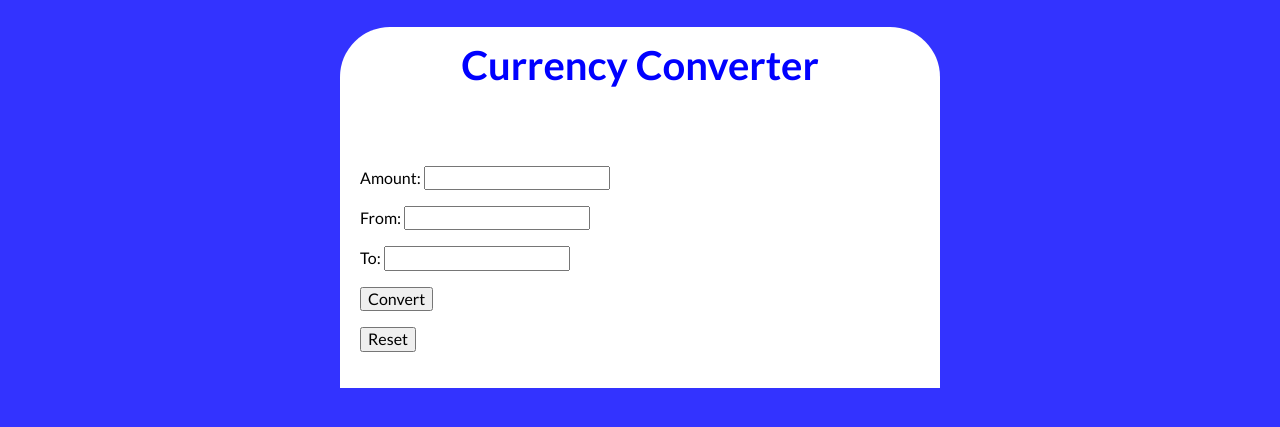
Repository: kkasperczyk/currency-converter
Page: index.html
An editor plug-in stored every save of this project. The page is shown before and after the next save, followed by the edit.
The browser window is 1280 px wide. The pictures show the whole page.

Above is the page before, as saved 2020-06-15 22:28:49.

### index.html
<!DOCTYPE html>
<html lang="en">

<head>
    <meta charset="UTF-8">
    <meta name="viewport" content="width=device-width, initial-scale=1.0">
    <link rel="stylesheet" href="https://cdnjs.cloudflare.com/ajax/libs/normalize/8.0.1/normalize.min.css"
        integrity="sha256-l85OmPOjvil/SOvVt3HnSSjzF1TUMyT9eV0c2BzEGzU=" crossorigin="anonymous" />
    <link rel="stylesheet" href="css/global.css">
    <link rel="stylesheet" href="css/container.css">
    <link rel="stylesheet" href="css/header.css">
    <link rel="stylesheet" href="css/main.css">
    <script defer src="js/script.js"></script>
    <link href="https://fonts.googleapis.com/css2?family=Lato:ital,wght@0,400;0,700;1,400&display=swap"
        rel="stylesheet">
    <title>Currency Converter</title>
</head>

<body>
    <div class="container">
        <header class="header">
            <h1 class="header__title">Currency Converter</h1>
        </header>
        <main class="main">
            <form class="form">
                <p>
                    <label>
                        Amount:
                        <input type="number" name="amount">
                    </label>
                </p>
                <p>
                    <label>
                        From:
                        <input type="number" name="from-currency">
                    </label>
                </p>
                <p>
                    <label>
                        To:
                        <input type="number" name="to-currency">
                    </label>
                </p>
                <p>
                    <button class="form__convertButton" type="submit">Convert</button>
                </p>
                <p>
                    <button class="form__resetButton"type="reset">Reset</button>
                </p>
            </form>
        </main>
    </div>
</body>

</html>

### css/global.css
html {
  box-sizing: border-box;
}

*,
::after,
::before {
  box-sizing: inherit;
}

body {
  font-family: "Lato", sans-serif;
  background-color: hsl(240, 100%, 60%);
}

### css/container.css
.container {
    max-width: 600px;
    margin: 0 auto;
    background-color: white;
    border-radius: 50px;
}

### css/header.css
.header {
    text-align: center;
    border-bottom: hsl(240, 100%, 50%);
}

.header__title {
    color: hsl(240, 100%, 50%);
    padding: 15px;
    font-size: 40px;
}

### css/main.css
.main {
    background-color: white;
    padding: 20px;
}

### js/script.js
console.log("Hi all developers! Nice to see you here.");

After the next save:
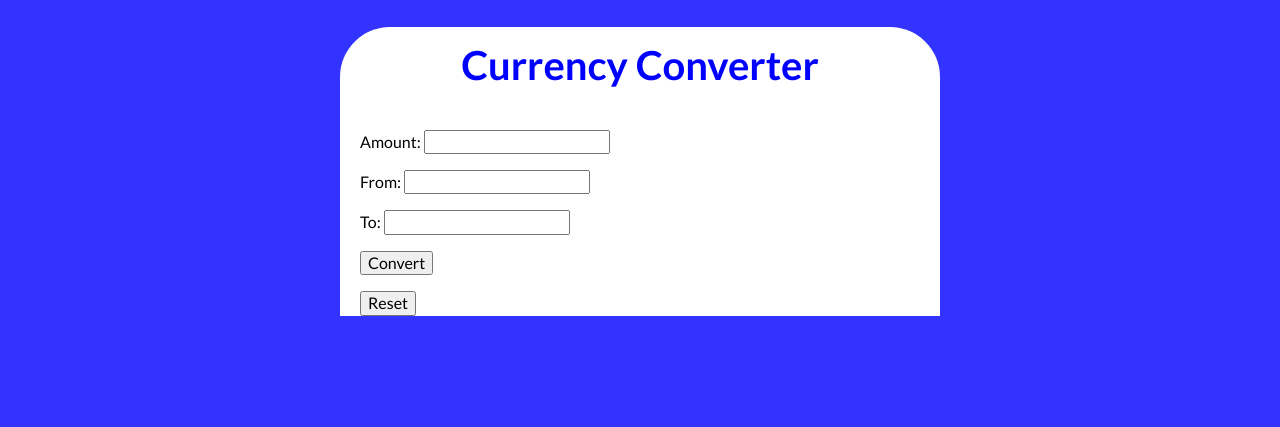
Saved 10 s later.
--- a/css/main.css
+++ b/css/main.css
@@ -1,4 +1,4 @@
 .main {
     background-color: white;
-    padding: 20px;
+    padding: 0 20px;
 }
